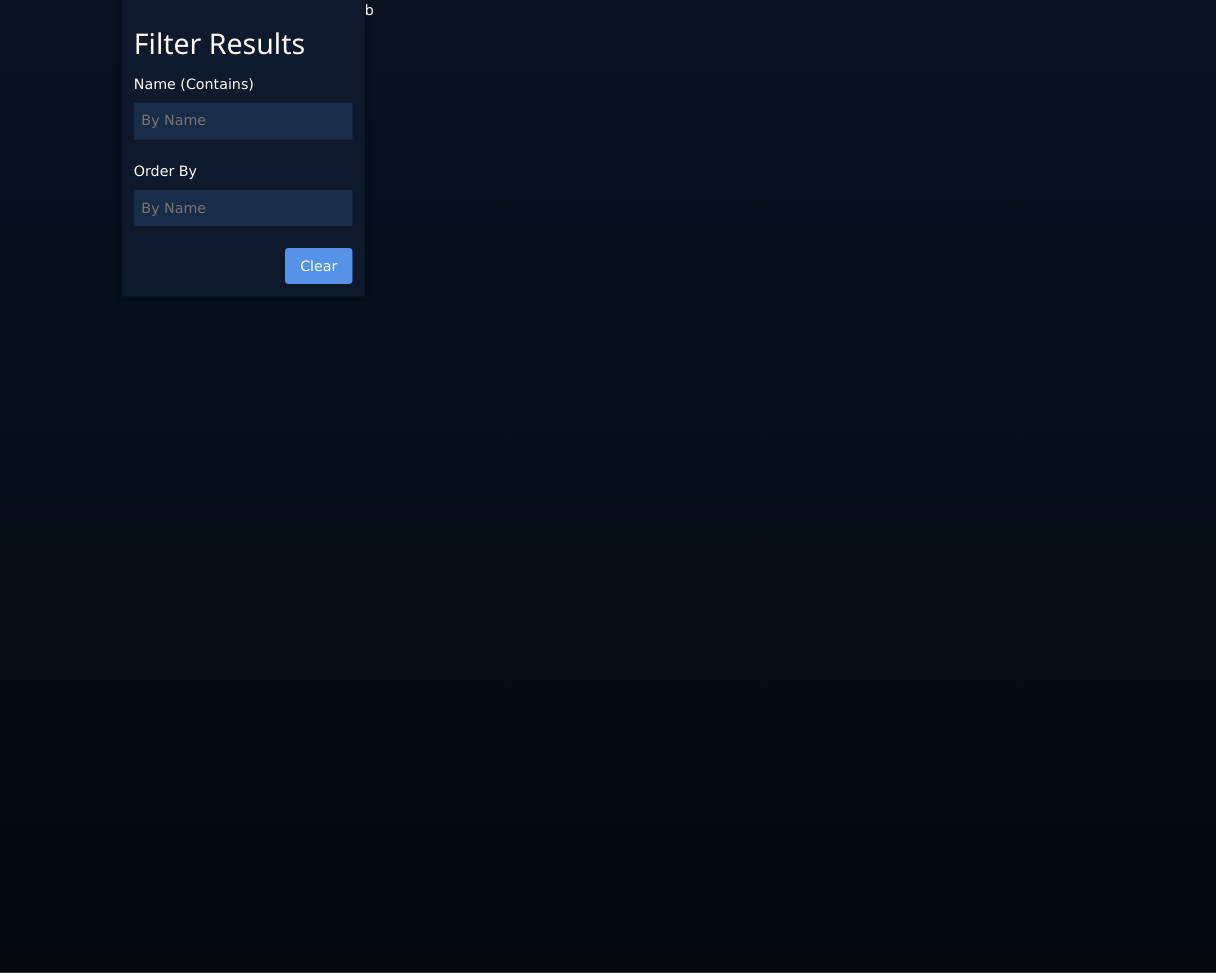
Repository: seyicoded/testestech
Page: /
The author's editor kept a copy of each file at every save. The page is drawn from the files as they stood at one save, then again after a run of saves.
The browser window is 1280 px wide. The pictures show the whole page, at 95% of full size.
The project was rebuilt for these pictures with package versions that can differ from the ones it lists, and the page was loaded fresh each time.

Above is the page before, as saved 2022-02-07 13:56:03.

### src/App.js
import logo from './logo.svg';
import './App.css';
import './w3.css';

function App() {
  return (
    <div className="App">
      <div className="Container">

        <div className='left'>
          <div className='card w3-card-2'>
            <h2>Filter Results</h2>

            <div className='content'>
              <label className='w3-label'>Name (Contains)</label>
              <br />
              <input className='w3-input' placeholder='By Name'/>
            </div>

            <br />

            <div className='content'>
              <label className='w3-label'>Order By</label>
              <br />
              <div className='orderby'>
                <i class="fa fa-futboll"></i>
                <input className='w3-input' placeholder='By Name'/>
              </div>

              <br />

              <div className='btn-container'>
                <button className='w3-btn w3-round'>Clear</button>
              </div>

            </div>
          </div>
        </div>

        <div className='right'>
          b
        </div>

      </div>
    </div>
  );
}

export default App;

### src/App.css
.App {
  width: 100%;
  height: 100%;
  flex: 1;
}

/* .App-logo {
  height: 40vmin;
  pointer-events: none;
} */

/* @media (prefers-reduced-motion: no-preference) {
  .App-logo {
    animation: App-logo-spin infinite 20s linear;
  }
} */

/* .App-header {
  background-color: #282c34;
  min-height: 100vh;
  display: flex;
  flex-direction: column;
  align-items: center;
  justify-content: center;
  font-size: calc(10px + 2vmin);
  color: white;
} */

.App-link {
  color: #61dafb;
}

@keyframes App-logo-spin {
  from {
    transform: rotate(0deg);
  }
  to {
    transform: rotate(360deg);
  }
}

.Container{
  display: flex;
  flex: 1;
  height: 1024px;
  max-height: 100%;
  width: 100%;
  flex-direction: row;
  /* background: Vertical linear-gradient #081221 to #03080f; */
  background: linear-gradient(#081221, #03080f);
  padding: 15;
  color: white;
}

.Container .left{
  width: 30%;
  height: 100%;
  padding-left: 10%;
}

.Container .right{
  flex: 1;
  height: 100%;
}

.Container .left .card{
  padding: 40;
  padding: 5%;
  background: #0e1a2b;
}
.Container .left .card .content{
  display: block;
  text-align: left;
}
.Container .left .card input {
  background: #182c47;
  border-bottom: none;
  margin-top: 8px;
}

.Container .left .card .orderby{
  display: flex;
  flex-direction: row;
}

.btn-container {
  display: flex;
  flex-direction: row;
  /* align-items: flex-end; */
  justify-content: flex-end;
}

.btn-container .w3-btn{
  background: #5692e8;
}

Loaded but not shown: public/index.html (common file); src/index.js (common file); src/index.css (common file); src/reportWebVitals.js (common file); src/w3.css (library)

After the next 2 saves:
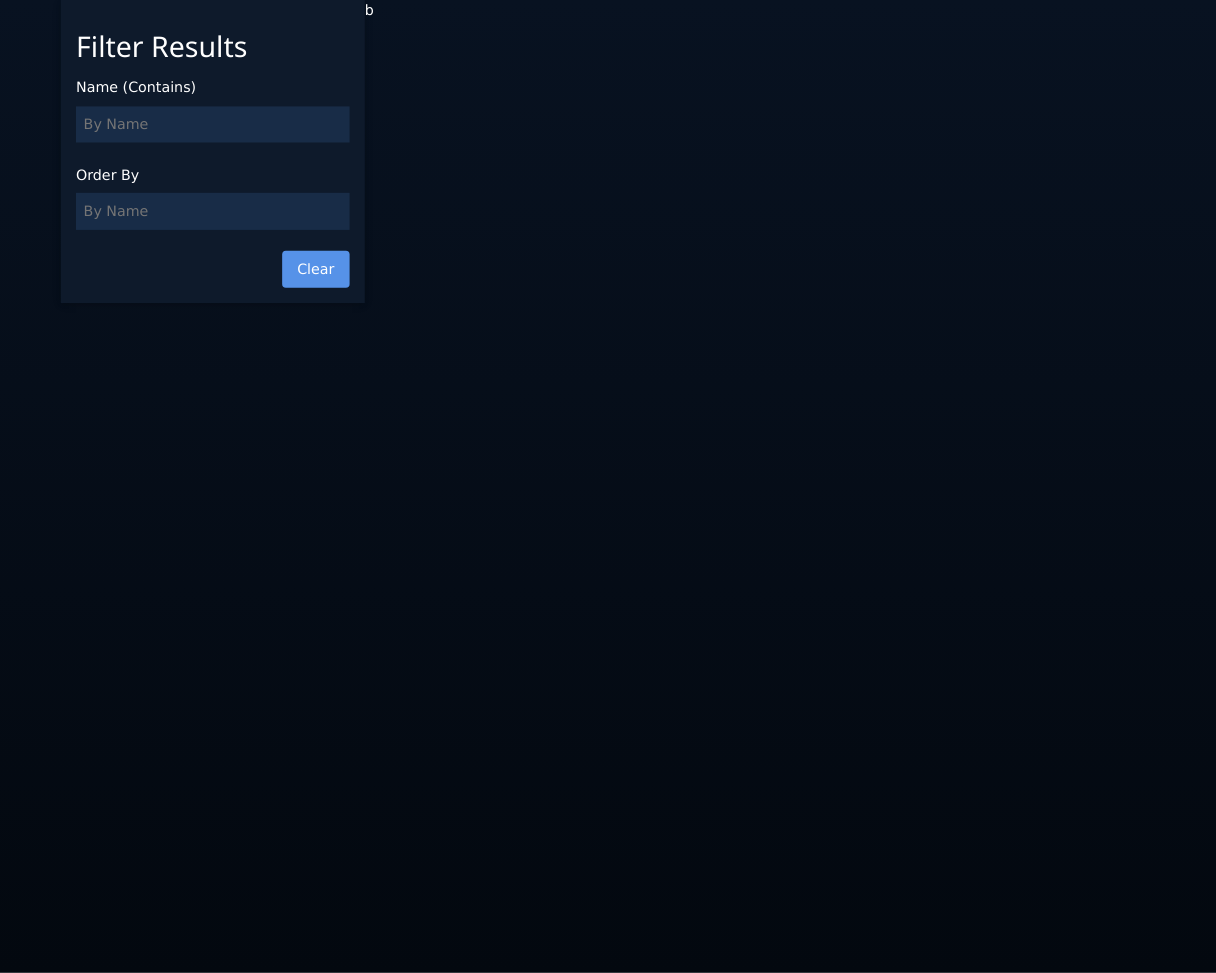
The 2 saves are shown as one change because they came seconds apart.
The last was saved 13 s later.
--- a/src/App.css
+++ b/src/App.css
@@ -55,7 +55,7 @@
 .Container .left{
   width: 30%;
   height: 100%;
-  padding-left: 10%;
+  padding-left: 5%;
 }
 
 .Container .right{
